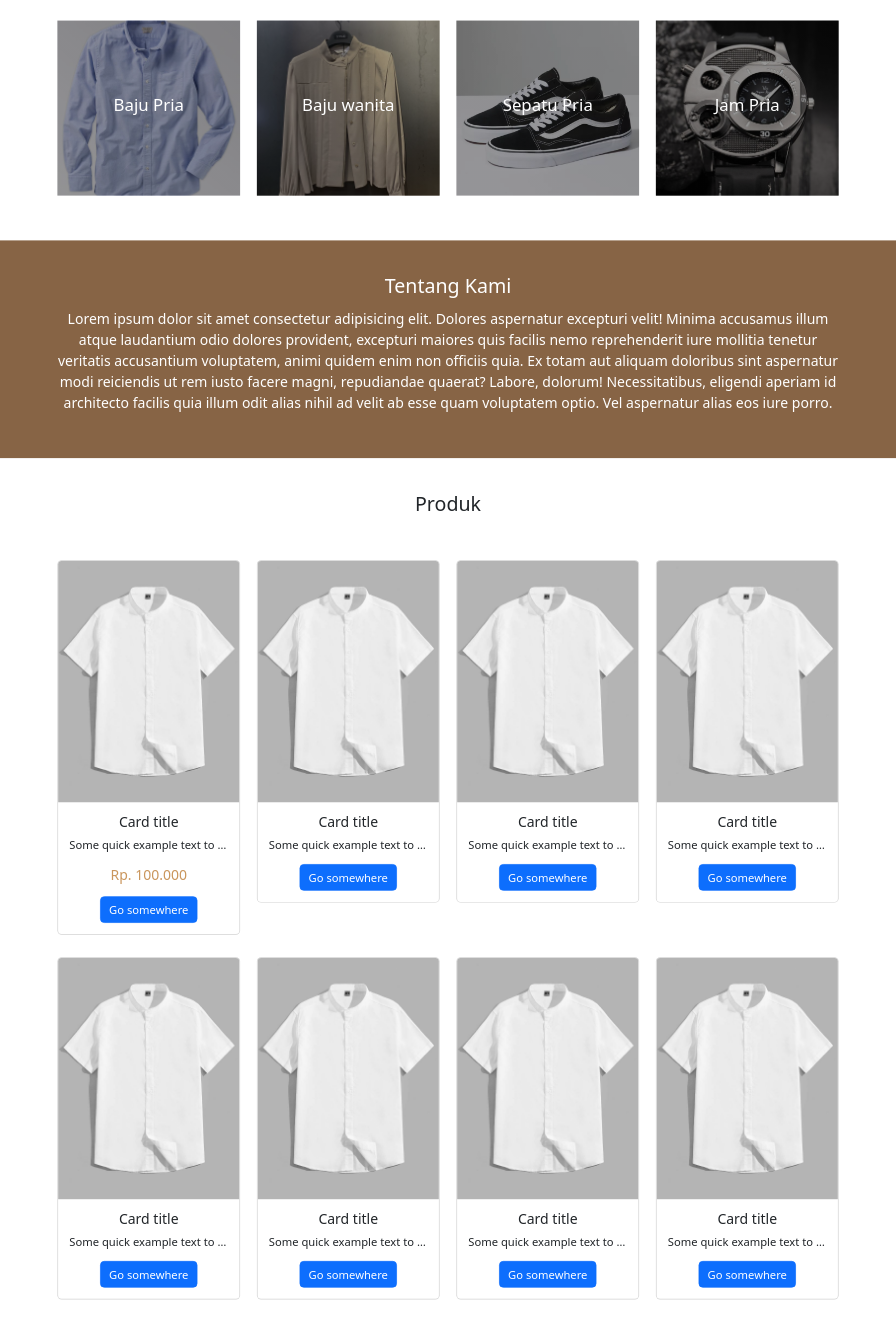
Repository: herman165/tugas_uas
Page: http://localhost/
An editor plug-in stored every save of this project. The page is shown before and after a run of saves, followed by the edit.
The browser window is 1280 px wide. The pictures show the part of the page from y = 749 to 2669 px (the page is 2669 px tall), at 70% of full size.
The page is run by PHP 8.4 with error messages shown; the project is at /var/www/html/.

Above is the page before, as saved 2024-12-10 01:47:43.

After the next 2 saves:
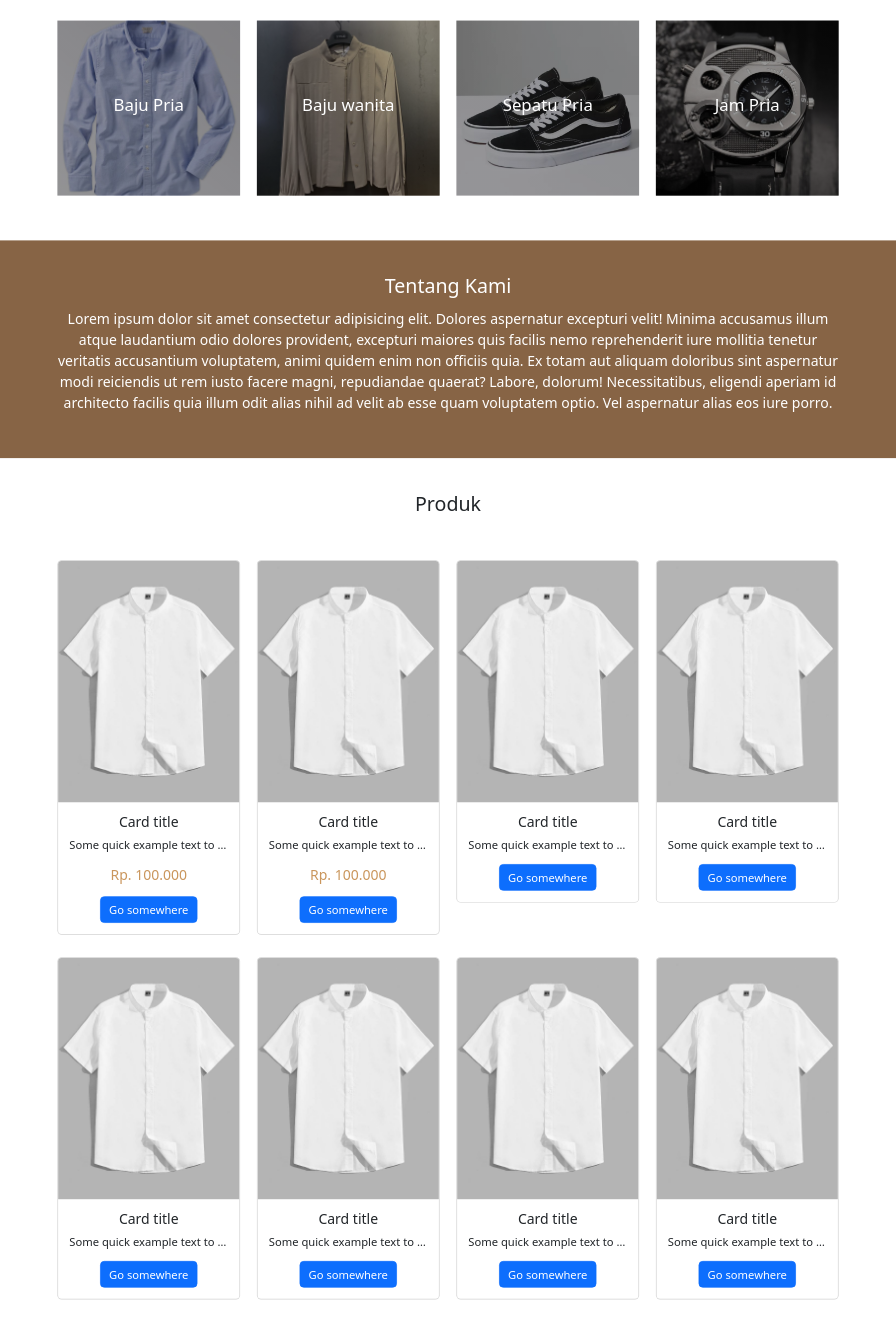
The 2 saves are shown as one change because they came seconds apart.
The last was saved 12 s later.
--- a/index.php
+++ b/index.php
@@ -89,6 +89,7 @@
                         <div class="card-body">
                             <h5 class="card-title">Card title</h5>
                             <p class="card-text text-truncate">Some quick example text to build on the card title and make up the bulk of the card's content.</p>
+                            <p class="card-text text-harga">Rp. 100.000</p>
                             <a href="#" class="btn btn-primary">Go somewhere</a>
                         </div>
                     </div>
